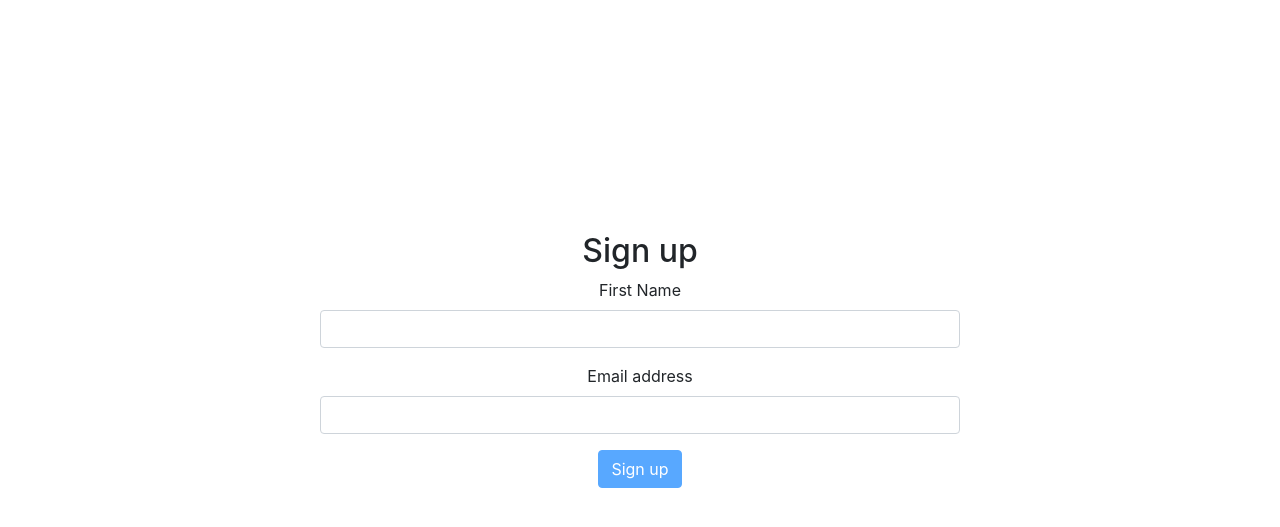
Repository: jklodge/react-form
Page: / (app in adzuna-form/)
The author's editor kept a copy of each file at every save. The page is drawn from the files as they stood at one save, then again after the next save.
The browser window is 1280 px wide. The pictures show the whole page.
The project was rebuilt for these pictures with package versions that can differ from the ones it lists, and the page was loaded fresh each time.

Above is the page before, as saved 2020-01-08 23:59:08.

### adzuna-form/src/App.js
import React from "react";
import "bootstrap/dist/css/bootstrap.css";
// import "bootstrap/dist/css/bootstrap-theme.css";
import "./App.css";
import Form from "./Components/Form.js";

function App() {
  return (
    <div className="App">
      <main>
        <Form />
      </main>
    </div>
  );
}

export default App;

### adzuna-form/src/Components/Form.js
import React, { Component } from "react";
import { ErrorValidation } from "./ErrorValidation";
import "./Form.scss";
class Form extends Component {
  state = {
    email: "",
    name: "",
    errorValidation: { email: "", name: "" },
    emailValid: false,
    nameValid: false,
    formValid: false
  };

  handleChange = e => {
    const value = e.target.value;
    this.setState({
      ...this.state,
      [e.target.name]: value
    });
  };

  validateField = e => {
    const value = e.target.value;
    const name = e.target.name;

    let fieldValidationErrors = this.state.errorValidation;
    let emailValid = this.state.emailValid;
    let nameValid = this.state.nameValid;

    switch (name) {
      case "email":
        emailValid = value.match(/^([\w.%+-]+)@([\w-]+\.)+([\w]{2,})$/i);
        fieldValidationErrors.email = emailValid ? "" : " is invalid";
        break;
      case "name":
        console.log("n", value.length);
        nameValid = value.length >= 2;
        fieldValidationErrors.name = nameValid ? "" : " is too short";
        break;
      default:
        break;
    }
    this.setState(
      {
        errorValidation: fieldValidationErrors,
        emailValid: emailValid,
        nameValid: nameValid
      },
      this.validateForm
    );
    console.log("2", this.state);
  };

  validateForm = () => {
    this.setState({
      formValid: this.state.emailValid && this.state.nameValid
    });
  };

  errorClass = error => {
    return error.length === 0 ? "is-valid" : "is-invalid";
  };

  render() {
    return (
      <div className="adzuna-form">
        <form className="form-container">
          <h2>Sign up</h2>
          <div
            className={`form-group ${this.errorClass(
              this.state.errorValidation.name
            )}`}
          >
            <label htmlFor="text">First Name</label>
            <input
              type="text"
              className="form-control"
              name="name"
              value={this.state.name}
              onChange={this.handleChange}
              onBlur={this.validateField}
              required
            />
          </div>
          <div
            className={`form-group ${this.errorClass(
              this.state.errorValidation.email
            )}`}
          >
            <label htmlFor="email">Email address</label>
            <input
              type="email"
              className="form-control"
              name="email"
              value={this.state.email}
              onChange={this.handleChange}
              onBlur={this.validateField}
              required
            />
          </div>
          <button
            type="submit"
            className="btn btn-primary"
            disabled={!this.state.formValid}
          >
            Sign up
          </button>
        </form>
        <div className="panel panel-default">
          <ErrorValidation errorValidation={this.state.errorValidation} />
        </div>
      </div>
    );
  }
}
export default Form;

### adzuna-form/src/Components/ErrorValidation.js
import React from "react";
export const ErrorValidation = ({ errorValidation }) => (
  <div className="formErrors">
    {Object.keys(errorValidation).map((fieldName, i) => {
      if (errorValidation[fieldName].length > 0) {
        return (
          <p key={i}>
            {fieldName} {errorValidation[fieldName]}
          </p>
        );
      } else {
        return "";
      }
    })}
  </div>
);

### adzuna-form/src/Components/Form.scss
.adzuna-form {
  align-items: center;
  display: flex;
  flex-direction: column;
  height: 100vh;
  justify-content: center;

  .form-container {
    width: 50%;
  }

  .form {
    margin: 20px;
  }
}

Loaded but not shown: adzuna-form/public/index.html (common file); adzuna-form/src/index.js (common file); adzuna-form/src/index.css (common file); adzuna-form/src/serviceWorker.js (common file); adzuna-form/src/App.css (common file)

After the next save:
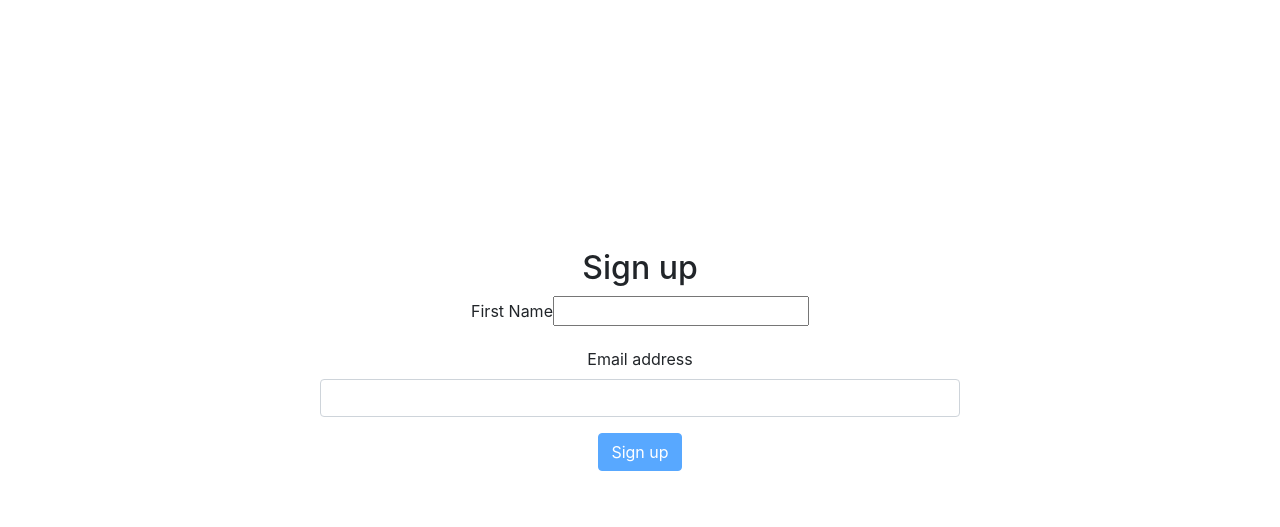
Saved 6 min 6 s later.
--- a/adzuna-form/src/Components/Form.js
+++ b/adzuna-form/src/Components/Form.js
@@ -74,7 +74,7 @@
             <label htmlFor="text">First Name</label>
             <input
               type="text"
-              className="form-control"
+              className="form-control:invalid"
               name="name"
               value={this.state.name}
               onChange={this.handleChange}

After the 5 saves that followed:
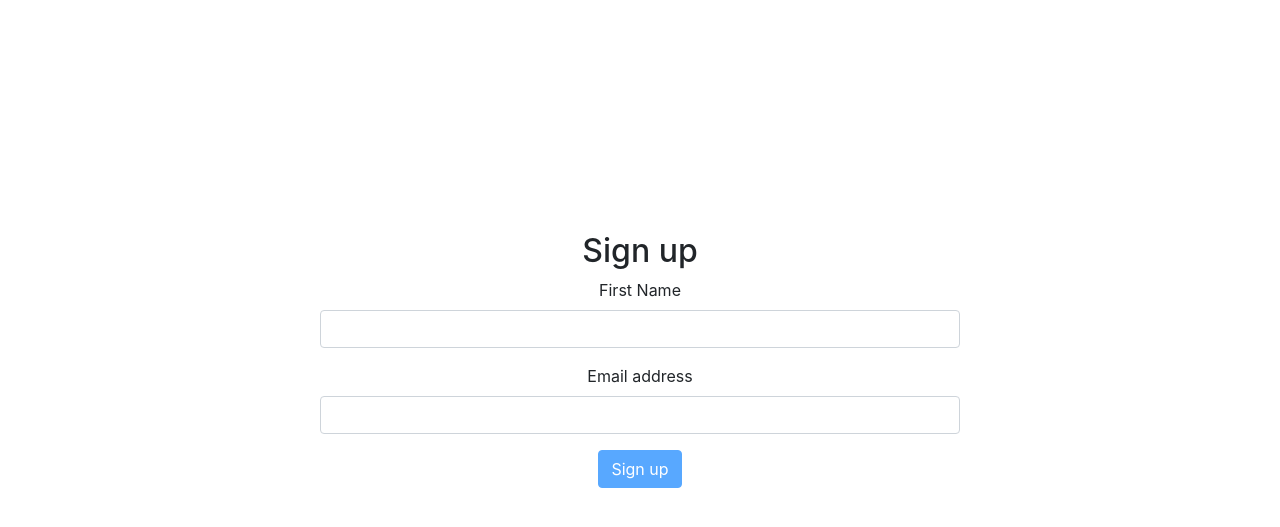
The 5 saves are shown as one change because 2 did not build or start and 2 left the picture as it was.
The last was saved 11 min 17 s later.
--- a/adzuna-form/src/Components/Form.js
+++ b/adzuna-form/src/Components/Form.js
@@ -74,7 +74,7 @@
             <label htmlFor="text">First Name</label>
             <input
               type="text"
-              className="form-control:invalid"
+              className="form-control"
               name="name"
               value={this.state.name}
               onChange={this.handleChange}
@@ -107,7 +107,7 @@
           </button>
         </form>
         <div className="panel panel-default">
-          <ErrorValidation errorValidation={this.state.errorValidation} />
+          <ErrorValidation errorValidation={this.state.errorValidation.name} />
         </div>
       </div>
     );
